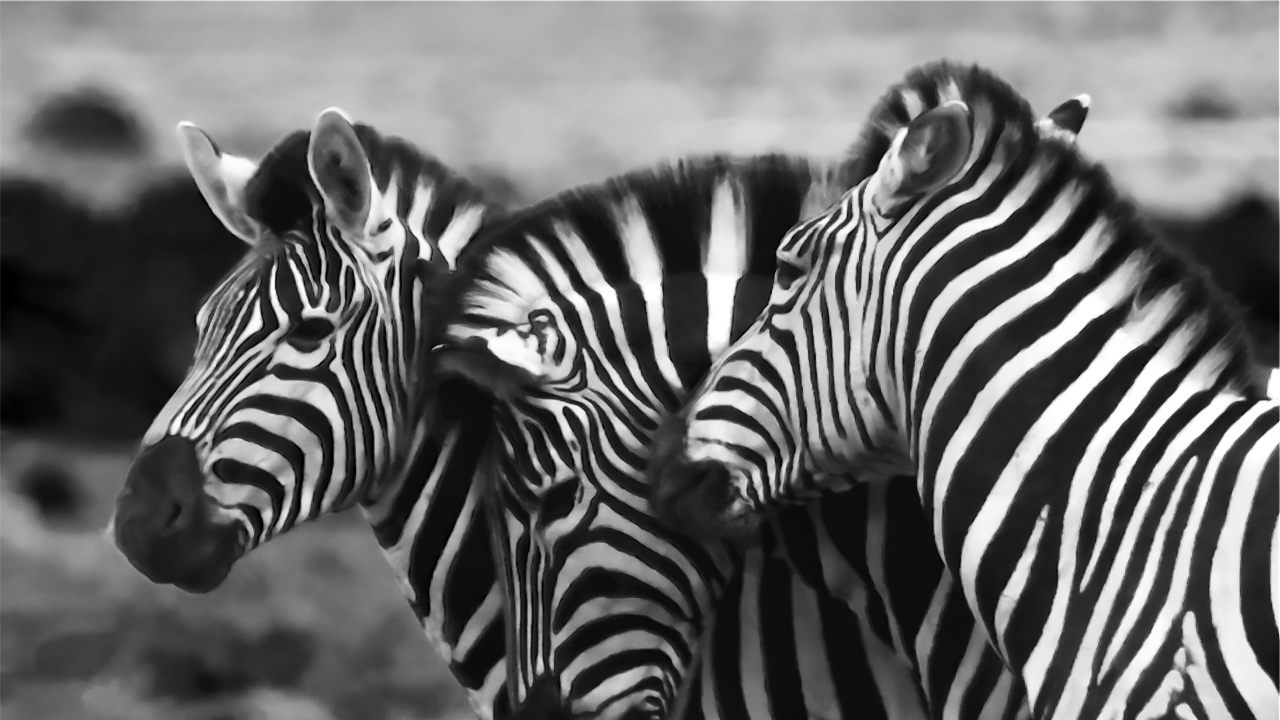
Repository: BrightonMboya/ggv-landingPage
Page: /
The author's editor kept a copy of each file at every save. The page is drawn from the files as they stood at one save, then again after the next save.
The browser window is 1280 px wide. The pictures show the whole page.
An inner scrolling area shows only its first screen. The project was rebuilt for these pictures with package versions that can differ from the ones it lists, and the page was loaded fresh each time. The framework's server and built-in components were replaced by stand-ins that run in the browser. Also part of the build but not shown: next.config.js.

Above is the page before, as saved 2022-06-13 13:18:27.

After the next save:
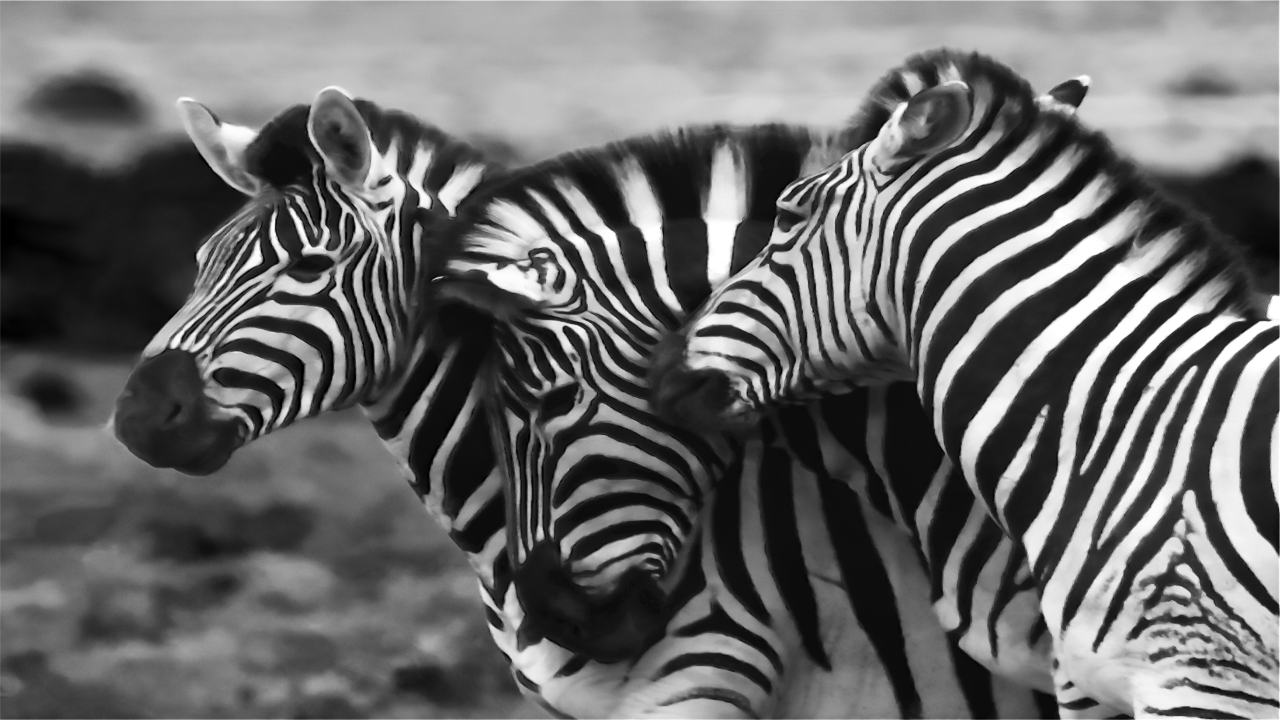
Saved 7 s later.
--- a/pages/HomePage.js
+++ b/pages/HomePage.js
@@ -6,7 +6,7 @@
 const HomePage = () => {
   return (
     <div>
-      <Image src={home} layout="responsive" />
+      <Image src={home} layout="fill" />
     </div>
   );
 };

After the save that followed:
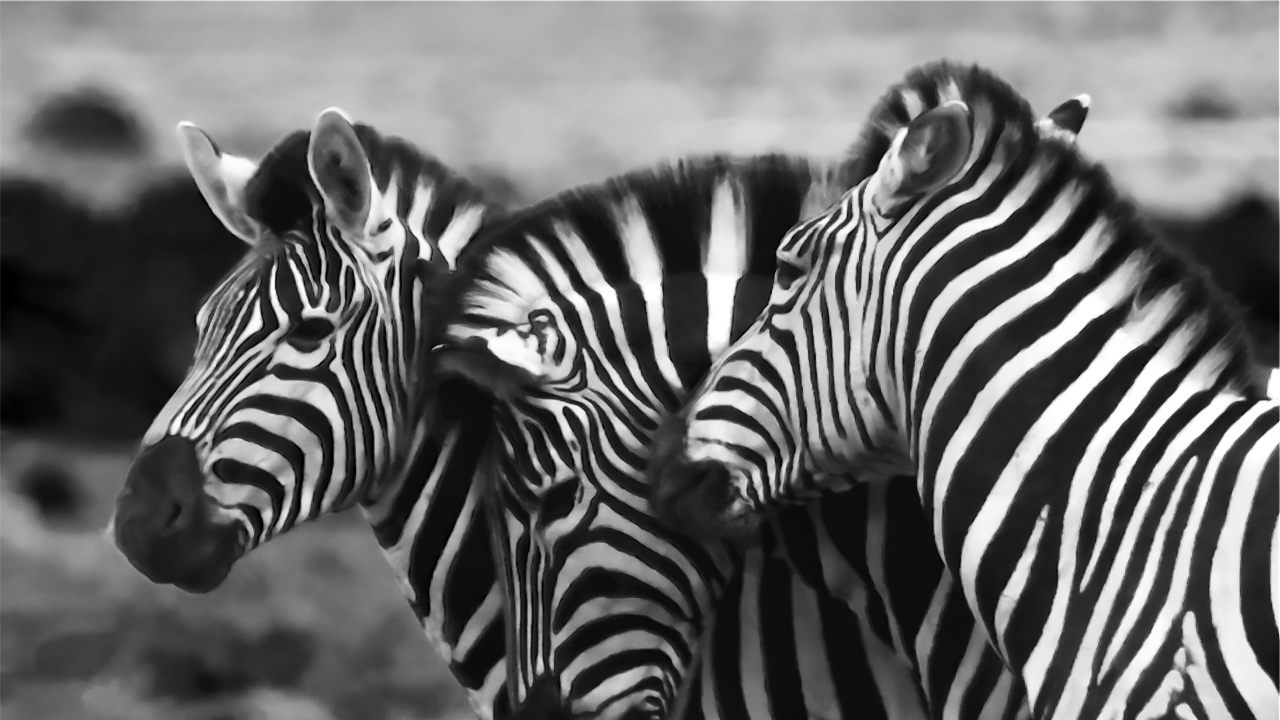
Saved 21 s later.
--- a/pages/HomePage.js
+++ b/pages/HomePage.js
@@ -6,7 +6,7 @@
 const HomePage = () => {
   return (
     <div>
-      <Image src={home} layout="fill" />
+      <Image src={home} layout="responsive" />
     </div>
   );
 };
